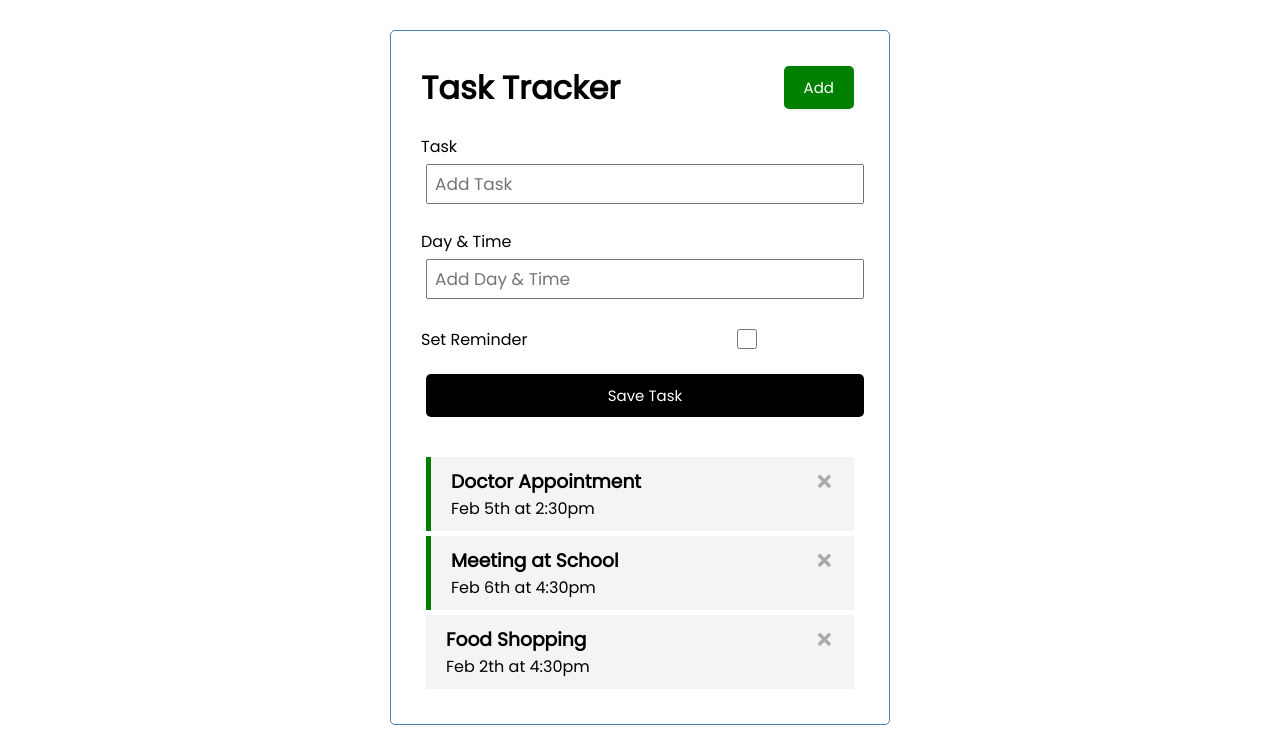
Repository: kate30980/task-tracker-reactjs
Page: /
An editor plug-in stored every save of this project. The page is shown before and after the next save, followed by the edit.
The browser window is 1280 px wide. The pictures show the whole page.
The project was rebuilt for these pictures with package versions that can differ from the ones it lists, and the page was loaded fresh each time.

Above is the page before, as saved 2021-09-19 21:17:43.

### public/index.html
<!DOCTYPE html>
<html lang="en">

<head>
  <meta charset="utf-8" />
  <link rel="icon" href="%PUBLIC_URL%/favicon.ico" />
  <meta name="viewport" content="width=device-width, initial-scale=1" />
  <meta name="theme-color" content="#000000" />
  <meta name="description" content="Web site created using create-react-app" />
  <link rel="apple-touch-icon" href="%PUBLIC_URL%/logo192.png" />
  <!--
      manifest.json provides metadata used when your web app is installed on a
      user's mobile device or desktop. See https://developers.google.com/web/fundamentals/web-app-manifest/
    -->
  <link rel="manifest" href="%PUBLIC_URL%/manifest.json" />
  <!--
      Notice the use of %PUBLIC_URL% in the tags above.
      It will be replaced with the URL of the `public` folder during the build.
      Only files inside the `public` folder can be referenced from the HTML.

      Unlike "/favicon.ico" or "favicon.ico", "%PUBLIC_URL%/favicon.ico" will
      work correctly both with client-side routing and a non-root public URL.
      Learn how to configure a non-root public URL by running `npm run build`.
    -->
  <title>Task Tracker</title>
</head>

<body>
  <noscript>You need to enable JavaScript to run this app.</noscript>
  <div id="root"></div>
  <!--
      This HTML file is a template.
      If you open it directly in the browser, you will see an empty page.

      You can add webfonts, meta tags, or analytics to this file.
      The build step will place the bundled scripts into the <body> tag.

      To begin the development, run `npm start` or `yarn start`.
      To create a production bundle, use `npm run build` or `yarn build`.
    -->
</body>

</html>

### src/index.css
@import url('https://fonts.googleapis.com/css2?family=Poppins:wght@300;400&display=swap');

* {
  box-sizing: border-box;
  margin: 0;
  padding: 0;
}

body {
  font-family: 'Poppins', sans-serif;
}

.container {
  max-width: 500px;
  margin: 30px auto;
  overflow: auto;
  min-height: 300px;
  border: 1px solid steelblue;
  padding: 30px;
  border-radius: 5px;
}

.header {
  display: flex;
  justify-content: space-between;
  align-items: center;
  margin-bottom: 20px;
}

.btn {
  display: inline-block;
  background: #000;
  color: #fff;
  border: none;
  padding: 10px 20px;
  margin: 5px;
  border-radius: 5px;
  cursor: pointer;
  text-decoration: none;
  font-size: 15px;
  font-family: inherit;
}

.btn:focus {
  outline: none;
}

.btn:active {
  transform: scale(0.98);
}

.btn-block {
  display: block;
  width: 100%;
}

.task {
  background: #f4f4f4;
  margin: 5px;
  padding: 10px 20px;
  cursor: pointer;
}

.task.reminder {
  border-left: 5px solid green;
}

.task h3 {
  display: flex;
  align-items: center;
  justify-content: space-between;
}

.add-form {
  margin-bottom: 40px;
}

.form-control {
  margin: 20px 0;
}

.form-control label {
  display: block;
}

.form-control input {
  width: 100%;
  height: 40px;
  margin: 5px;
  padding: 3px 7px;
  font-size: 17px;
  font-family: inherit;
}

.form-control-check {
  display: flex;
  align-items: center;
  justify-content: space-between;
}

.form-control-check label {
  flex: 1;
}

.form-control-check input {
  flex: 1;
  height: 20px;
}

footer {
  margin-top: 30px;
  text-align: center;
}

### src/App.js
import { useState } from "react";
import Header from "./components/Header";
import Tasks from "./components/Tasks";
import AddTask from "./components/AddTask";

function App() {
  const [showAddTask, setShowAddTask] = useState(true);
  const [tasks, setTasks] = useState([
    {
      id: 1,
      text: "Doctor Appointment",
      day: "Feb 5th at 2:30pm",
      reminder: true,
    },
    {
      id: 2,
      text: "Meeting at School",
      day: "Feb 6th at 4:30pm",
      reminder: true,
    },
    {
      id: 3,
      text: "Food Shopping",
      day: "Feb 2th at 4:30pm",
      reminder: false,
    },
  ]);

  //Add Task
  const addTask = (task) => {
    const id = Math.floor(Math.random() * 10000) + 1;
    const newTask = { id, ...task };
    setTasks([...tasks, newTask]);
  };

  // Delete tasks
  const deleteTask = (id) => {
    setTasks(tasks.filter((task) => task.id !== id));
  };

  //Toogle reminder
  const toggleReminder = (id) => {
    setTasks(
      tasks.map((task) =>
        task.id === id ? { ...task, reminder: !task.reminder } : task
      )
    );
  };

  return (
    <div className="container">
      <Header onAdd={() => setShowAddTask(!showAddTask)} />
      {showAddTask && <AddTask onAdd={addTask} />}
      {tasks.length > 0 ? (
        <Tasks tasks={tasks} onDelete={deleteTask} onToggle={toggleReminder} />
      ) : (
        "No Tasks To Show"
      )}
    </div>
  );
}

export default App;

### src/components/Header.js
import PropTypes from "prop-types";
import Button from "./Button";

const Header = ({ title, onAdd }) => {
  return (
    <header className="header">
      <h1>{title}</h1>
      <Button color="green" text="Add" onClick={onAdd} />
    </header>
  );
};

Header.defaultProps = {
  title: "Task Tracker",
};

Header.propTypes = {
  title: PropTypes.string.isRequired,
};

export default Header;

### src/components/AddTask.js
import { useState } from "react";

const AddTask = ({ onAdd }) => {
  const [text, setText] = useState("");
  const [day, setDay] = useState("");
  const [reminder, setReminder] = useState(false);

  const onSubmit = (e) => {
    e.preventDefault();

    if (!text) {
      alert("Please add a task");
      return;
    }

    onAdd({ text, day, reminder });

    setText("");
    setDay("");
    setReminder(false);
  };

  return (
    <form className="add-form" onSubmit={onSubmit}>
      <div className="form-control">
        <label>Task</label>
        <input
          type="text"
          placeholder="Add Task"
          value={text}
          onChange={(e) => setText(e.target.value)}
        />
      </div>
      <div className="form-control">
        <label>Day & Time</label>
        <input
          type="text"
          placeholder="Add Day & Time"
          value={day}
          onChange={(e) => setDay(e.target.value)}
        />
      </div>
      <div className="form-control form-control-check">
        <label>Set Reminder</label>
        <input
          type="checkbox"
          checked={reminder}
          value={reminder}
          onChange={(e) => setReminder(e.currentTarget.checked)}
        />
      </div>

      <input type="submit" value="Save Task" className="btn btn-block" />
    </form>
  );
};

export default AddTask;

### src/components/Task.js
import { FaTimes } from "react-icons/fa";

const Task = ({ task, onDelete, onToggle }) => {
  return (
    <div
      className={`task ${task.reminder ? "reminder" : ""}`}
      onDoubleClick={() => onToggle(task.id)}
    >
      <h3>
        {task.text}{" "}
        <FaTimes
          style={{ color: "#aaa", cursor: "pointer" }}
          onClick={() => onDelete(task.id)}
        />
      </h3>
      <p>{task.day}</p>
    </div>
  );
};

export default Task;

Loaded but not shown: src/index.js (common file); src/reportWebVitals.js (common file); src/components/Tasks.js (common file); src/components/Button.js (common file)

After the next save:
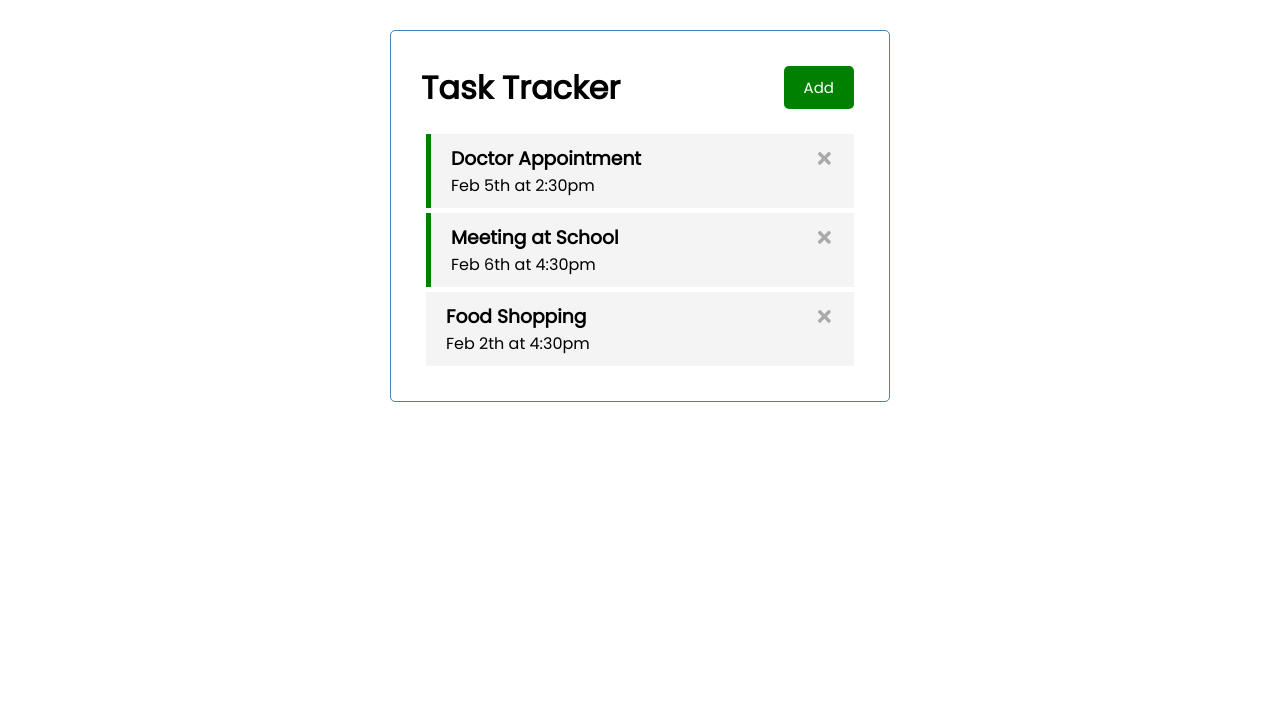
Saved 22 s later.
--- a/src/App.js
+++ b/src/App.js
@@ -4,7 +4,7 @@
 import AddTask from "./components/AddTask";
 
 function App() {
-  const [showAddTask, setShowAddTask] = useState(true);
+  const [showAddTask, setShowAddTask] = useState(false);
   const [tasks, setTasks] = useState([
     {
       id: 1,

After the save that followed:
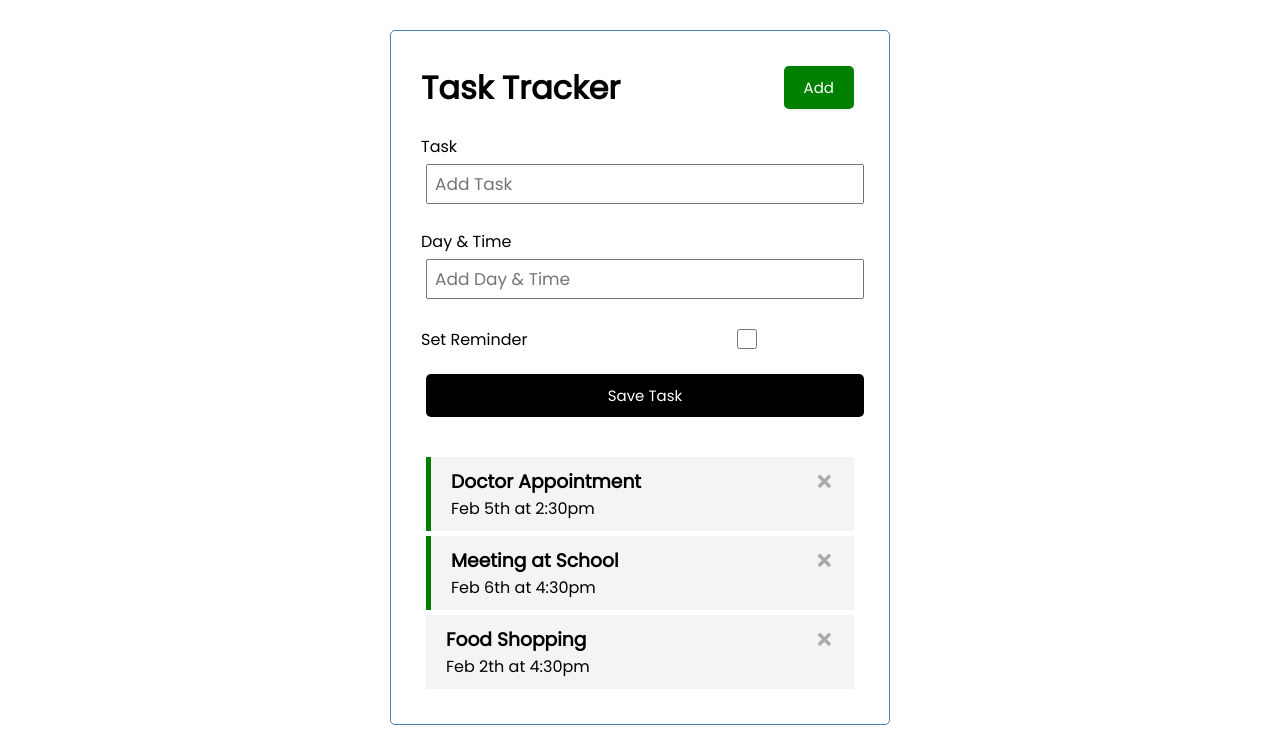
Saved 25 s later.
--- a/src/App.js
+++ b/src/App.js
@@ -4,7 +4,7 @@
 import AddTask from "./components/AddTask";
 
 function App() {
-  const [showAddTask, setShowAddTask] = useState(false);
+  const [showAddTask, setShowAddTask] = useState(true);
   const [tasks, setTasks] = useState([
     {
       id: 1,
